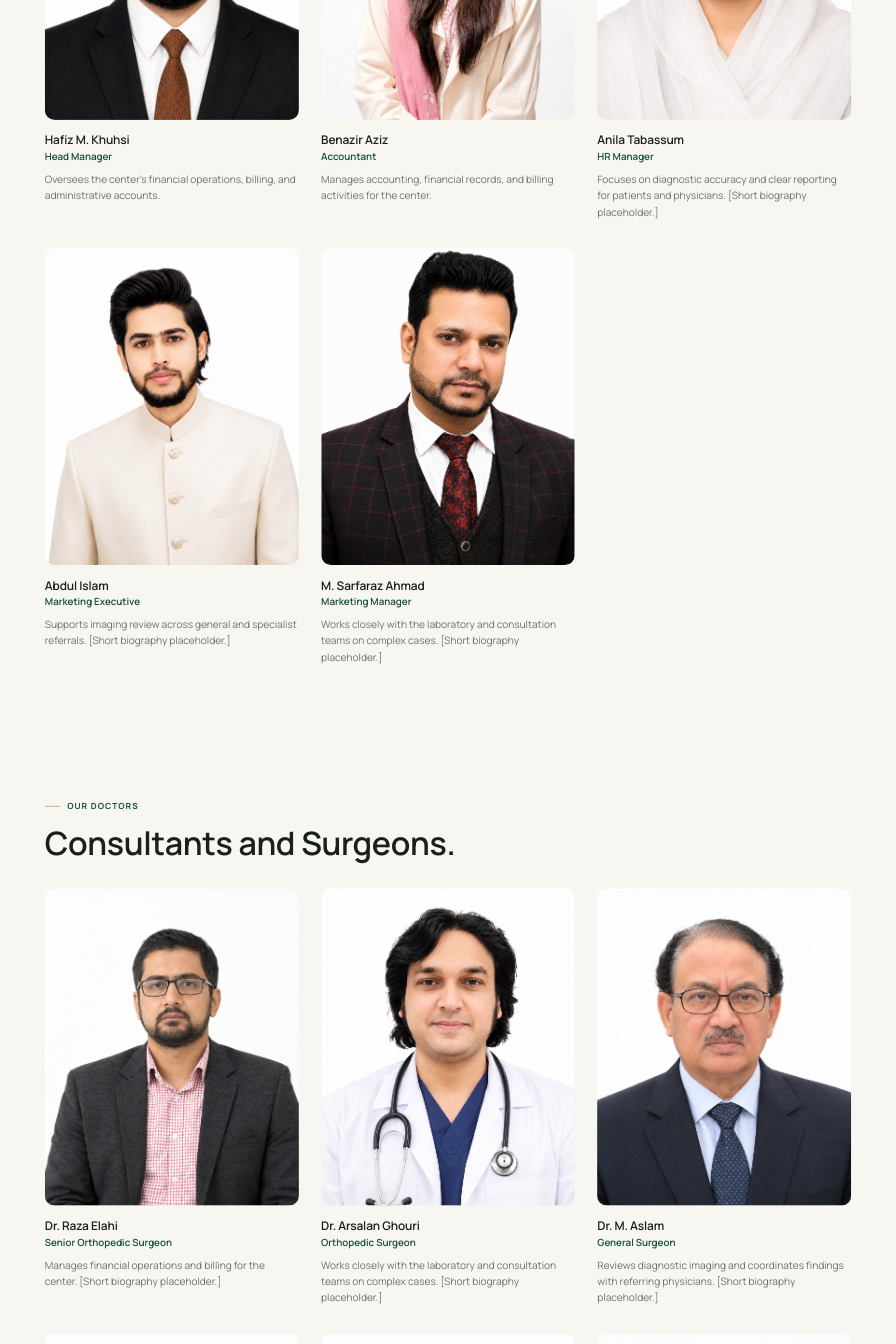
Repository: mraeesaziz45/al-farah
Page: team.html
These files come from the project's save history. The page is drawn as it stood at one moment and after the next save; the edit follows.
The browser window is 1280 px wide. The pictures show the part of the page from y = 1836 to 3756 px (the page is 5934 px tall before and 5911 px after), at 70% of full size.

Above is the page before, as saved 2026-09-19 18:32:38.

### team.html
<!DOCTYPE html>
<html lang="en">
<head>
<meta charset="UTF-8">
<meta name="viewport" content="width=device-width, initial-scale=1.0">
<title>Team — Al-Farah Medical Center</title>
<meta name="description" content="Meet the physicians and staff of Al-Farah Medical Center, led by our Founder and Director.">
<meta property="og:title" content="Team — Al-Farah Medical Center">
<meta property="og:description" content="The people behind the care.">
<meta property="og:type" content="website">
<link rel="preconnect" href="https://fonts.googleapis.com">
<link rel="preconnect" href="https://fonts.gstatic.com" crossorigin>
<link href="https://fonts.googleapis.com/css2?family=Manrope:wght@400;500;600;700&family=DM+Serif+Display:ital@0;1&display=swap" rel="stylesheet">
<link rel="stylesheet" href="css/style.css">
</head>
<body>
<a href="#main" class="skip-link">Skip to content</a>

<header class="site-header">
  <div class="container header-inner">
    <a href="index.html" class="logo-link">
      <img src="assets/logo/logo-placeholder.svg" alt="Al-Farah Medical Center" width="180" height="52">
    </a>
    <nav class="main-nav" aria-label="Primary">
      <a href="index.html">Home</a>
      <a href="services.html">Services</a>
      <a href="team.html" aria-current="page">Team</a>
      <a href="about.html">About</a>
      <a href="contact.html">Contact</a>
    </nav>
    <div class="header-actions">
      <a href="contact.html" class="btn btn-primary header-cta-desktop">Book an Appointment</a>
      <button class="menu-toggle" aria-expanded="false" aria-controls="mobileMenu" aria-label="Open menu">
        <span class="bar"></span>
      </button>
    </div>
  </div>
</header>

<div class="mobile-menu" id="mobileMenu">
  <div class="mobile-menu-top">
    <img src="assets/logo/logo-placeholder.svg" alt="Al-Farah Medical Center" width="150" height="44">
    <button class="mobile-menu-close" aria-label="Close menu">
      <svg viewBox="0 0 24 24" fill="none" stroke="currentColor" stroke-width="1.6"><line x1="5" y1="5" x2="19" y2="19"/><line x1="19" y1="5" x2="5" y2="19"/></svg>
    </button>
  </div>
  <nav class="mobile-nav" aria-label="Mobile">
    <a href="index.html">Home</a>
    <a href="services.html">Services</a>
    <a href="team.html" aria-current="page">Team</a>
    <a href="about.html">About</a>
    <a href="contact.html">Contact</a>
  </nav>
  <div class="mobile-menu-cta">
    <a href="contact.html" class="btn btn-primary">Book an Appointment</a>
  </div>
</div>

<main id="main">

  <section class="page-hero dark bg-forest-deep">
    <div class="container">
      <p class="eyebrow" data-reveal>Our People</p>
      <h1 class="page-heading h1" data-reveal>The people behind the care.</h1>
      <p class="body-lg" data-reveal>Al-Farah is led by a small team of physicians and support staff who work together across consultation, diagnostics, and follow-up.</p>
    </div>
  </section>

  <section class="bg-white">
    <div class="container">
      <div class="team-feature">
        <div class="team-feature-media" data-reveal>
          <img src="assets/images/team/director-2.png" alt="Portrait of the Director, placeholder photograph" width="1200" height="1600" loading="lazy" decoding="async">
        </div>
        <div class="team-feature-content" data-reveal>
          <p class="eyebrow">Leadership</p>
          <h2 class="h2">M. Raees Aziz</h2>
          <span class="team-feature-role">Founder &amp; Director</span>
          <p>Dr. [Director Name] founded Al-Farah Medical Center with the intention of building a clinic where diagnosis and consultation received equal care — one where patients leave with answers, not just appointments.</p>
          <p>[Placeholder biography — medical background, areas of focus, and professional history to be supplied by the clinic.]</p>
        </div>
      </div>
    </div>
  </section>

  <section class="bg-cream">
    <div class="container">
      <div class="section-head team-section-label" data-reveal>
        <p class="eyebrow">Senior Team</p>
        <h2 class="h2">Management & Staff.</h2>
      </div>
      <div class="team-grid" data-reveal-group>
        <div class="team-card" data-reveal>
          <div class="team-card-media">
            <img src="assets/images/team/hafiz-khushi.png" alt="Portrait placeholder for the clinic accountant" width="1000" height="1250" loading="lazy" decoding="async">
          </div>
          <h3 class="h4">Hafiz M. Khuhsi</h3>
          <span class="role">Head Manager</span>
          <p class="bio">Oversees the center’s financial operations, billing, and administrative accounts.</p>
        </div>
        <div class="team-card" data-reveal>
          <div class="team-card-media">
            <img src="assets/images/team/benazir.png" alt="Portrait placeholder for a radiologist" width="1000" height="1250" loading="lazy" decoding="async">
          </div>
          <h3 class="h4">Benazir Aziz</h3>
          <span class="role">Accountant</span>
          <p class="bio">Manages accounting, financial records, and billing activities for the center.</p>
        </div>
        <div class="team-card" data-reveal>
          <div class="team-card-media">
            <img src="assets/images/team/aneela-tabassum.png" alt="Portrait placeholder for a radiologist" width="1000" height="1250" loading="lazy" decoding="async">
          </div>
          <h3 class="h4">Anila Tabassum</h3>
          <span class="role">HR Manager</span>
          <p class="bio">Focuses on diagnostic accuracy and clear reporting for patients and physicians. [Short biography placeholder.]</p>
        </div>
        <div class="team-card" data-reveal>
          <div class="team-card-media">
            <img src="assets/images/team/abdul-isalm.png" alt="Portrait placeholder for a radiologist" width="1000" height="1250" loading="lazy" decoding="async">
          </div>
          <h3 class="h4">Abdul Islam</h3>
          <span class="role">Marketing Executive</span>
          <p class="bio">Supports imaging review across general and specialist referrals. [Short biography placeholder.]</p>
        </div>
        <div class="team-card" data-reveal>
          <div class="team-card-media">
            <img src="assets/images/team/sarfaraz-ahmad.png" alt="Portrait placeholder for a radiologist" width="1000" height="1250" loading="lazy" decoding="async">
          </div>
          <h3 class="h4">M. Sarfaraz Ahmad</h3>
          <span class="role">Marketing Manager</span>
          <p class="bio">Works closely with the laboratory and consultation teams on complex cases. [Short biography placeholder.]</p>
        </div>
      </div>
    </div>
  </section>

  <section class="bg-cream">
    <div class="container">
      <div class="section-head team-section-label" data-reveal>
        <p class="eyebrow">Our Doctors</p>
        <h2 class="h2">Consultants and Surgeons.</h2>
      </div>
      <div class="team-grid" data-reveal-group>
        <div class="team-card" data-reveal>
          <div class="team-card-media">
            <img src="assets/images/team/dr-raza-elahi.png" alt="Portrait placeholder for the clinic accountant" width="1000" height="1250" loading="lazy" decoding="async">
          </div>
          <h3 class="h4">Dr. Raza Elahi</h3>
          <span class="role">Senior Orthopedic Surgeon</span>
          <p class="bio">Manages financial operations and billing for the center. [Short biography placeholder.]</p>
        </div>
        <div class="team-card" data-reveal>
          <div class="team-card-media">
            <img src="assets/images/team/arsalan-ghori.png" alt="Portrait placeholder for a radiologist" width="1000" height="1250" loading="lazy" decoding="async">
          </div>
          <h3 class="h4">Dr. Arsalan Ghouri</h3>
          <span class="role">Orthopedic Surgeon</span>
          <p class="bio">Works closely with the laboratory and consultation teams on complex cases. [Short biography placeholder.]</p>
        </div>
        <div class="team-card" data-reveal>
          <div class="team-card-media">
            <img src="assets/images/team/dr-aslam.png" alt="Portrait placeholder for a radiologist" width="1000" height="1250" loading="lazy" decoding="async">
          </div>
          <h3 class="h4">Dr. M. Aslam</h3>
          <span class="role">General Surgeon</span>
          <p class="bio">Reviews diagnostic imaging and coordinates findings with referring physicians. [Short biography placeholder.]</p>
        </div>
        <div class="team-card" data-reveal>
          <div class="team-card-media">
            <img src="assets/images/team/muqaddas-asif.png" alt="Portrait placeholder for a radiologist" width="1000" height="1250" loading="lazy" decoding="async">
          </div>
          <h3 class="h4">Dn. Muqaddas Asif</h3>
          <span class="role">Nutritionist and Dietitian</span>
          <p class="bio">Focuses on diagnostic accuracy and clear reporting for patients and physicians. [Short biography placeholder.]</p>
        </div>
        <div class="team-card" data-reveal>
          <div class="team-card-media">
            <img src="assets/images/team/dr-kyani.png" alt="Portrait placeholder for a radiologist" width="1000" height="1250" loading="lazy" decoding="async">
          </div>
          <h3 class="h4">Dr. M. Kyani</h3>
          <span class="role">General Consultant</span>
          <p class="bio">Supports imaging review across general and specialist referrals. [Short biography placeholder.]</p>
        </div>
        <div class="team-card" data-reveal>
          <div class="team-card-media">
            <img src="assets/images/team/arsalan.png" alt="Portrait placeholder for a radiologist" width="1000" height="1250" loading="lazy" decoding="async">
          </div>
          <h3 class="h4">Arsalan Asghar</h3>
          <span class="role">Physiotherapist</span>
          <p class="bio">Supports imaging review across general and specialist referrals. [Short biography placeholder.]</p>
        </div>
        <div class="team-card" data-reveal>
          <div class="team-card-media">
            <img src="assets/images/team/dr-shaheen-abid.png" alt="Portrait placeholder for a radiologist" width="1000" height="1250" loading="lazy" decoding="async">
          </div>
          <h3 class="h4">Dr. Shaheen Abid</h3>
          <span class="role">General Physician</span>
          <p class="bio">Supports imaging review across general and specialist referrals. [Short biography placeholder.]</p>
        </div>
        <div class="team-card" data-reveal>
          <div class="team-card-media">
            <img src="assets/images/team/dr-sajida.png" alt="Portrait placeholder for a radiologist" width="1000" height="1250" loading="lazy" decoding="async">
          </div>
          <h3 class="h4">Dr. Sajida Farooq</h3>
          <span class="role">Gynecologist &amp; Ultrasound Specialist</span>
          <p class="bio">Supports imaging review across general and specialist referrals. [Short biography placeholder.]</p>
        </div>

      </div>
    </div>
  </section>

  <section class="cta-band bg-forest">
    <div class="container">
      <h2 class="h2" data-reveal>When your health matters, every detail matters.</h2>
      <p class="body-lg" data-reveal>Arrange a consultation with a member of the Al-Farah team.</p>
      <div class="cta-row" data-reveal>
        <a href="contact.html" class="btn btn-primary">Book an Appointment</a>
      </div>
    </div>
  </section>

</main>

<footer class="site-footer">
  <div class="container footer-grid">
    <div>
      <img src="assets/logo/logo-placeholder-light.svg" alt="Al-Farah Medical Center" class="footer-logo" width="170" height="50">
      <p class="footer-about">Al-Farah Medical Center provides trusted medical care with an emphasis on expertise, dignity, and patient-centered service.</p>
    </div>
    <div class="footer-col">
      <p class="footer-col-title">Navigation</p>
      <ul>
        <li><a href="index.html">Home</a></li>
        <li><a href="services.html">Services</a></li>
        <li><a href="team.html">Team</a></li>
        <li><a href="about.html">About</a></li>
        <li><a href="contact.html">Contact</a></li>
      </ul>
    </div>
    <div class="footer-col">
      <p class="footer-col-title">Services</p>
      <ul>
        <li><a href="services.html#radiology">Radiology</a></li>
        <li><a href="services.html#consultation">Consultation</a></li>
        <li><a href="services.html#laboratory">Diagnostics</a></li>
        <li><a href="services.html#specialist">Specialist Care</a></li>
      </ul>
    </div>
    <div class="footer-col">
      <p class="footer-col-title">Contact</p>
      <ul>
        <li>[Clinic Address Placeholder]</li>
        <li>[Phone Number Placeholder]</li>
        <li>[Email Address Placeholder]</li>
        <li>[Opening Hours Placeholder]</li>
      </ul>
    </div>
  </div>
  <div class="container footer-bottom">
    <p>&copy; 2026 Al-Farah Medical Center</p>
    <div class="footer-legal">
      <a href="#">Privacy Policy</a>
      <a href="#">Terms</a>
    </div>
  </div>
</footer>

<script src="js/main.js"></script>
</body>
</html>

Loaded but not shown: js/main.js (276 lines, source omitted); css/style.css (1057 lines, source omitted)

After the next save:
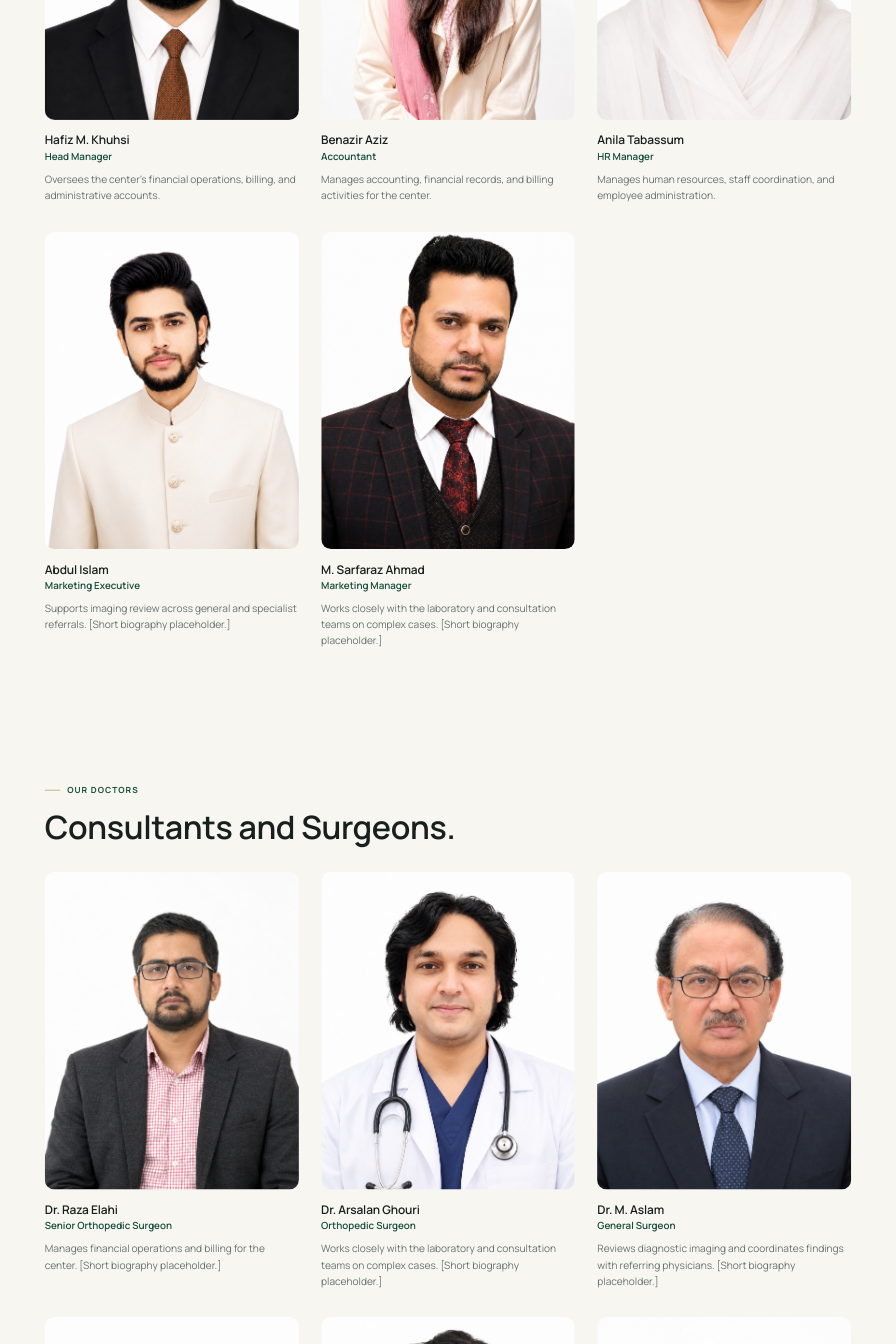
Saved 17 s later.
--- a/team.html
+++ b/team.html
@@ -112,7 +112,7 @@
           </div>
           <h3 class="h4">Anila Tabassum</h3>
           <span class="role">HR Manager</span>
-          <p class="bio">Focuses on diagnostic accuracy and clear reporting for patients and physicians. [Short biography placeholder.]</p>
+          <p class="bio">Manages human resources, staff coordination, and employee administration.</p>
         </div>
         <div class="team-card" data-reveal>
           <div class="team-card-media">
